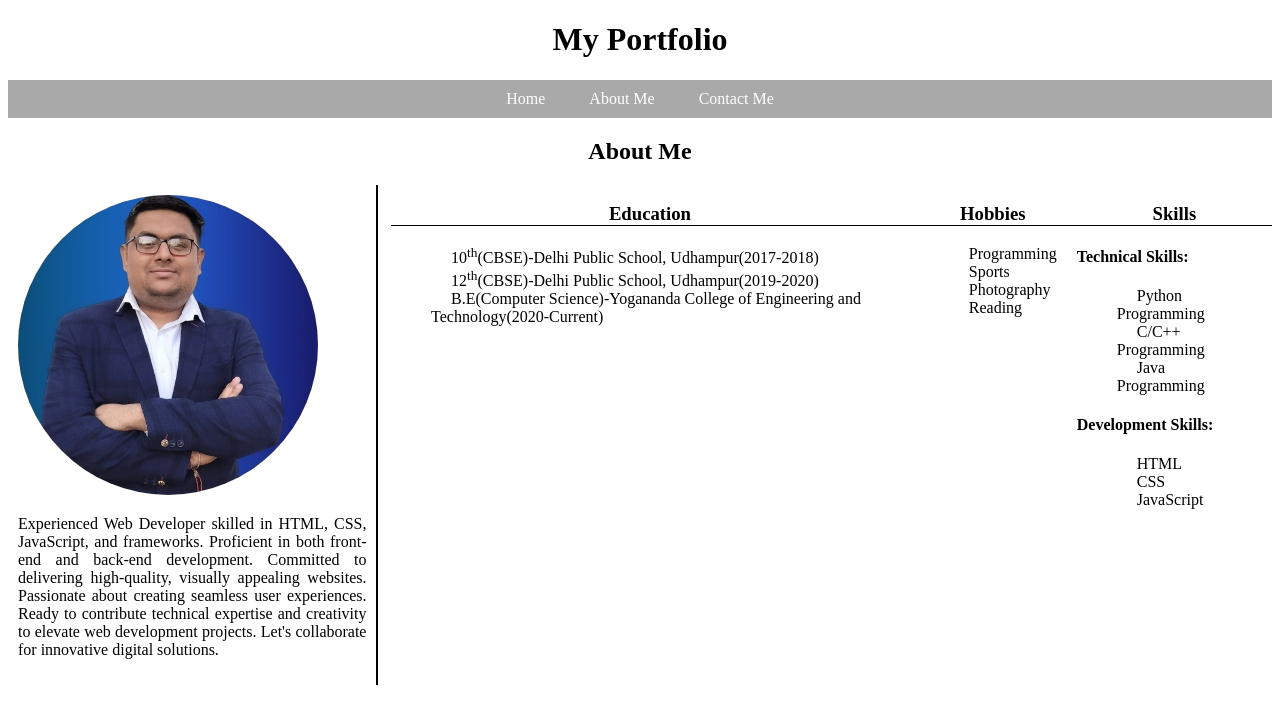
Repository: harshitanthal1/my_portfolio
Page: aboutme.html
These files come from the project's save history. The page is drawn as it stood at one moment and after the next save; the edit follows.
The browser window is 1280 px wide. The pictures show the whole page.

Above is the page before, as saved 2024-02-04 10:33:26.

### aboutme.html
<!DOCTYPE html>
<html lang="en">
<head>
    <meta charset="UTF-8">
    <meta name="viewport" content="width=device-width, initial-scale=1.0">
    <title>My Portfolio</title>
    <link rel="stylesheet" href="styles/styles.css" />
</head>
<body>
    <header><h1>My Portfolio</h1></header>
    <nav>
        <li><a href="index.html" >Home</a></li>
        <li><a href="aboutme.html" >About Me</a></li>
        <li><a href="contactme.html" >Contact Me</a></li>
    </nav>
    <h2>About Me</h2>
    <main>
    <div id="profile">
        <img src="images/my_pic.jpg" width="300px" alt="Avatar" />
        <p>
            Experienced Web Developer skilled in HTML, CSS, JavaScript, and frameworks. Proficient in both front-end and back-end development. Committed to delivering high-quality, visually appealing websites. Passionate about creating seamless user experiences. Ready to contribute technical expertise and creativity to elevate web development projects. Let's collaborate for innovative digital solutions.
        </p>
        </div>
    <div id="info">
        <div class="sub-box">
            <h3>Education</h3>
            <ul>
              <li>10<sup>th</sup>(CBSE)-Delhi Public School, Udhampur(2017-2018)</li>
              <li>12<sup>th</sup>(CBSE)-Delhi Public School, Udhampur(2019-2020)</li>
              <li>B.E(Computer Science)-Yogananda College of Engineering and Technology(2020-Current)</li>
            </ul>

        </div>
        <div class="sub-box">
            <h3>Hobbies</h3>
           <ul>
            <li>Programming</li>
            <li>Sports</li>
            <li>Photography</li>
            <li>Reading</li>
           </ul>
        </div>
        <div class="sub-box">
            <h3>Skills</h3>
            <h4>Technical Skills:</h4>
            <ul>
              <li>Python Programming</li>
              <li>C/C++ Programming</li>
              <li>Java Programming</li>
            </ul>
            <h4>Development Skills:</h4>
            <ul>
              <li>HTML</li>
              <li>CSS</li>
              <li>JavaScript</li>
            </ul>
        </div>
    </div>
    </main>
</body>
</html>

### styles/styles.css
header {
    text-align: center;
}

nav {
    background-color: darkgrey;
    color: white;
    padding: 10px;
    text-align: center;
}

li {
    display: inline;
    margin-right: 20px;
    margin-left: 20px;
}

a {
    text-decoration: none;
    color: white;
}

main {
    display: flex;
    flex-direction: row;
}

#profile {
    width: 29%;
    margin-right: 1%;;
    padding: 10px;
    width: 350px;
    border-right: 2px solid black;
}

#info {
    display: flex;
    width: 70%;
    justify-content: space-around;
}

.sub-box1 {
    width: 30%;
    border: 1.5px solid black;
    border-radius: 25px;
    padding: 10px;
}

.sub-box2 {
    width: 30%;
    border: 1.5px solid black;
    border-radius: 25px;
    padding: 10px;
    text-align: center;
}


h3 {
    text-align: center;
    border-bottom: 1.5px solid black;

}

p {
    text-align: justify;
}

img {
    border-radius: 50%;
}

h2 {
    text-align: center;
}

After the next save:
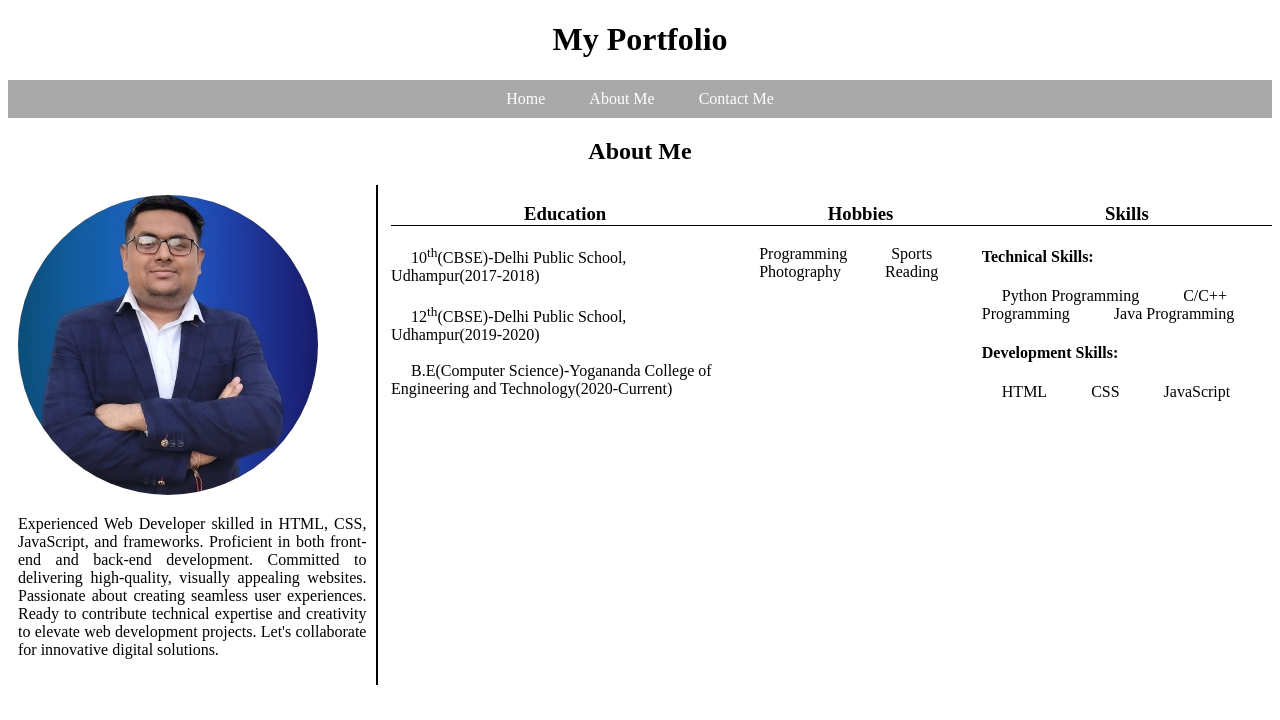
Saved 39 s later.
--- a/aboutme.html
+++ b/aboutme.html
@@ -24,36 +24,31 @@
     <div id="info">
         <div class="sub-box">
             <h3>Education</h3>
-            <ul>
-              <li>10<sup>th</sup>(CBSE)-Delhi Public School, Udhampur(2017-2018)</li>
-              <li>12<sup>th</sup>(CBSE)-Delhi Public School, Udhampur(2019-2020)</li>
-              <li>B.E(Computer Science)-Yogananda College of Engineering and Technology(2020-Current)</li>
-            </ul>
-
+            <li>10<sup>th</sup>(CBSE)-Delhi Public School, Udhampur(2017-2018)</li>
+            <br/>
+            <br/>
+            <li>12<sup>th</sup>(CBSE)-Delhi Public School, Udhampur(2019-2020)</li>
+            <br />
+            <br/>
+            <li>B.E(Computer Science)-Yogananda College of Engineering and Technology(2020-Current)</li>
         </div>
         <div class="sub-box">
             <h3>Hobbies</h3>
-           <ul>
             <li>Programming</li>
             <li>Sports</li>
             <li>Photography</li>
             <li>Reading</li>
-           </ul>
         </div>
         <div class="sub-box">
             <h3>Skills</h3>
             <h4>Technical Skills:</h4>
-            <ul>
-              <li>Python Programming</li>
-              <li>C/C++ Programming</li>
-              <li>Java Programming</li>
-            </ul>
+            <li>Python Programming</li>
+            <li>C/C++ Programming</li>
+            <li>Java Programming</li>
             <h4>Development Skills:</h4>
-            <ul>
-              <li>HTML</li>
-              <li>CSS</li>
-              <li>JavaScript</li>
-            </ul>
+            <li>HTML</li>
+            <li>CSS</li>
+            <li>JavaScript</li>
         </div>
     </div>
     </main>
